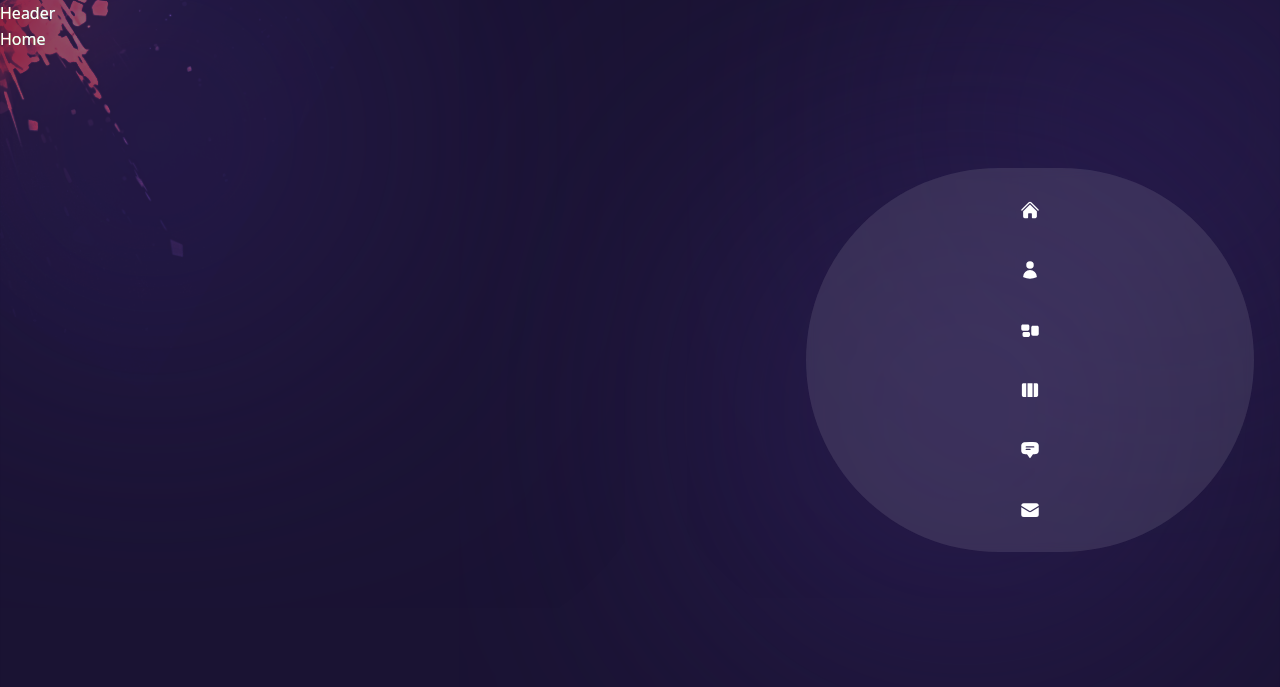
Repository: AchourMaryem/My-personal-portfolio
Page: /
These files come from the project's save history. The page is drawn as it stood at one moment and after the next save; the edit follows.
The browser window is 1280 px wide. The pictures show the whole page.
The project was rebuilt for these pictures with package versions that can differ from the ones it lists, and the page was loaded fresh each time. The framework's server and built-in components were replaced by stand-ins that run in the browser. Also part of the build but not shown: next.config.js.

Above is the page before, as saved 2023-09-21 12:03:53.

### pages/_app.js
import '../styles/globals.css';
import Layout from '../components/Layout';
function MyApp({ Component, pageProps }) {
  return(
  <Layout>
  <Component {...pageProps} />
  </Layout>
  );
}

export default MyApp;

### components/Layout.js
import {Sora} from '@next/font/google'


const sora = Sora({
  subsets:['latin'],
  variable:'--font-sora',
  weight:['100','200','300','400','500','600','700','800'],
});
import Nav from '../components/Nav'
import Header from '../components/Header'
import TopLeftImg from '../components/TopLeftImg'

const Layout = ({children}) => {
  return <div className={'page bg-site text-white bg-cover bg-no-repeat ${sora.variable} font-sora relative '}>
   <TopLeftImg />
    <Nav />
    <Header />
    {children}
  </div>;
};

export default Layout;

### components/Nav.js
// icons
import {
  HiHome,
  HiUser,
  HiViewColumns,
  HiRectangleGroup,
  HiChatBubbleBottomCenterText,
  HiEnvelope,
} from 'react-icons/hi2';

// nav data
export const navData = [
  { name: 'home', path: '/', icon: <HiHome /> },
  { name: 'about', path: '/about', icon: <HiUser /> },
  { name: 'services', path: '/services', icon: <HiRectangleGroup /> },
  { name: 'work', path: '/work', icon: <HiViewColumns /> },
  {
    name: 'testimonials',
    path: '/testimonials',
    icon: <HiChatBubbleBottomCenterText />,
  },
  {
    name: 'contact',
    path: '/contact',
    icon: <HiEnvelope />,
  },
];
import Link from 'next/link';
import { useRouter } from 'next/router';
const Nav = () => {
  const router = useRouter();
  const pathname = router.pathname;
  return (
    <nav className='flex flex-col items-center xl:justify-center gap-y-4 fixed h-max bottom-0 mt-auto xl:right-[2%] z-50 top-0 w-full xl:max-w-md xl:h-screen' >
      {/*inner*/}
      <div className='flex w-full xl:flex-col items-center justify-between xl:justify-center gap-y-10 px-4 md:px-40 xl:px-0 h-80 xl:h-max py-8 bg-white/10 backdrop-blur-sm text-3xl xl:text-xl xl:rounded-full '>
        {navData.map((link, index) => {
         return <Link key={index} href={link.path}> {link.icon}</Link>
})}
      </div>
    </nav>
  );
};

export default Nav;

### components/TopLeftImg.js
import Image from "next/image";
const TopLeftImg = () => {
  return <div className="absolute left-0 top-0 mix-blend-color-dodge z-10 w-[200px] xl:w-[400px] opacity-50">
    <Image src='/top-left-img.png' width={400} height={400}  alt=""/>
  </div>;
};

export default TopLeftImg;

Loaded but not shown: pages/index.js (common file); styles/globals.css (common file); components/Header.js (common file); tailwind.config.js (common file)

After the next save:
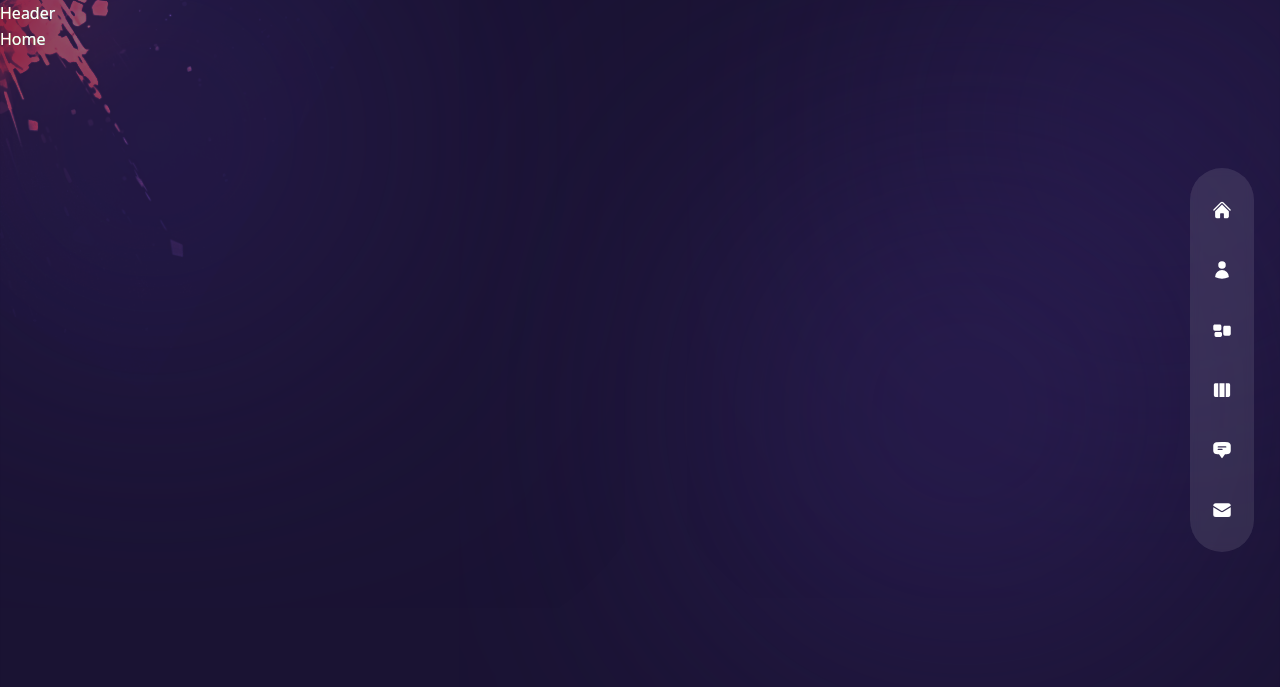
Saved 104 s later.
--- a/components/Nav.js
+++ b/components/Nav.js
@@ -31,7 +31,7 @@
   const router = useRouter();
   const pathname = router.pathname;
   return (
-    <nav className='flex flex-col items-center xl:justify-center gap-y-4 fixed h-max bottom-0 mt-auto xl:right-[2%] z-50 top-0 w-full xl:max-w-md xl:h-screen' >
+    <nav className='flex flex-col items-center xl:justify-center gap-y-4 fixed h-max bottom-0 mt-auto xl:right-[2%] z-50 top-0 w-full xl:max-w-16 xl:h-screen' >
       {/*inner*/}
       <div className='flex w-full xl:flex-col items-center justify-between xl:justify-center gap-y-10 px-4 md:px-40 xl:px-0 h-80 xl:h-max py-8 bg-white/10 backdrop-blur-sm text-3xl xl:text-xl xl:rounded-full '>
         {navData.map((link, index) => {

After the save that followed:
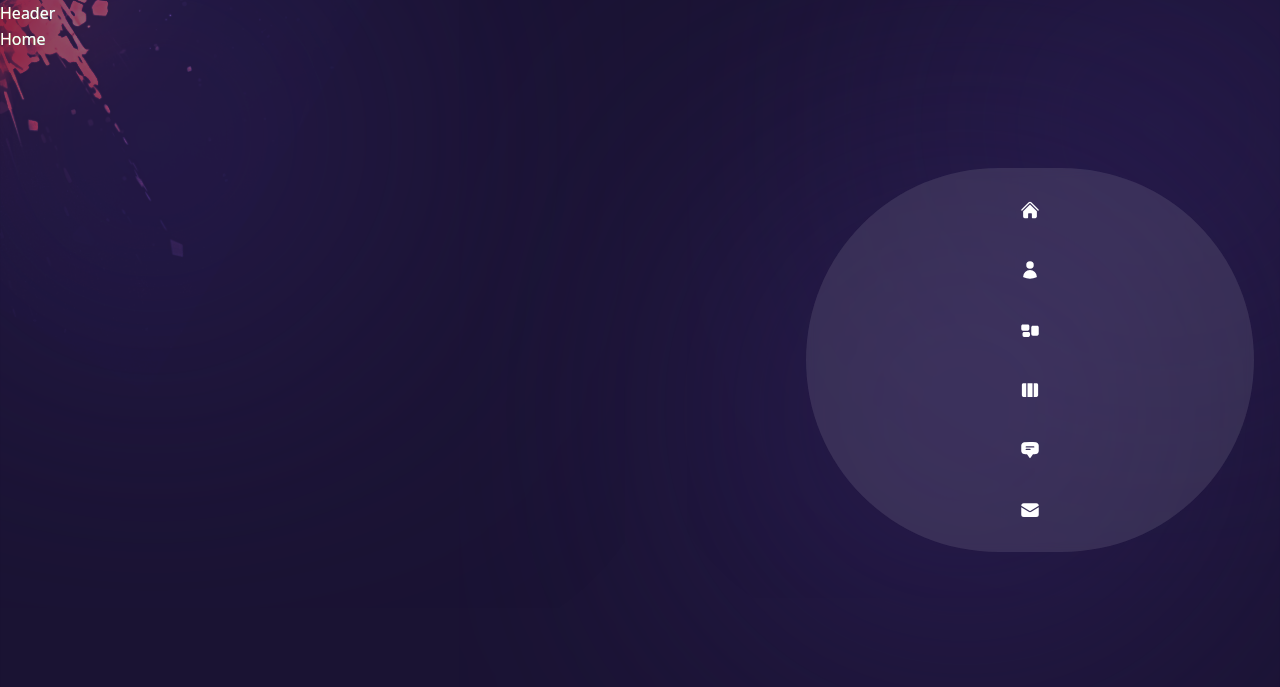
Saved 6 s later.
--- a/components/Nav.js
+++ b/components/Nav.js
@@ -31,7 +31,7 @@
   const router = useRouter();
   const pathname = router.pathname;
   return (
-    <nav className='flex flex-col items-center xl:justify-center gap-y-4 fixed h-max bottom-0 mt-auto xl:right-[2%] z-50 top-0 w-full xl:max-w-16 xl:h-screen' >
+    <nav className='flex flex-col items-center xl:justify-center gap-y-4 fixed h-max bottom-0 mt-auto xl:right-[2%] z-50 top-0 w-full xl:max-w-md xl:h-screen' >
       {/*inner*/}
       <div className='flex w-full xl:flex-col items-center justify-between xl:justify-center gap-y-10 px-4 md:px-40 xl:px-0 h-80 xl:h-max py-8 bg-white/10 backdrop-blur-sm text-3xl xl:text-xl xl:rounded-full '>
         {navData.map((link, index) => {
